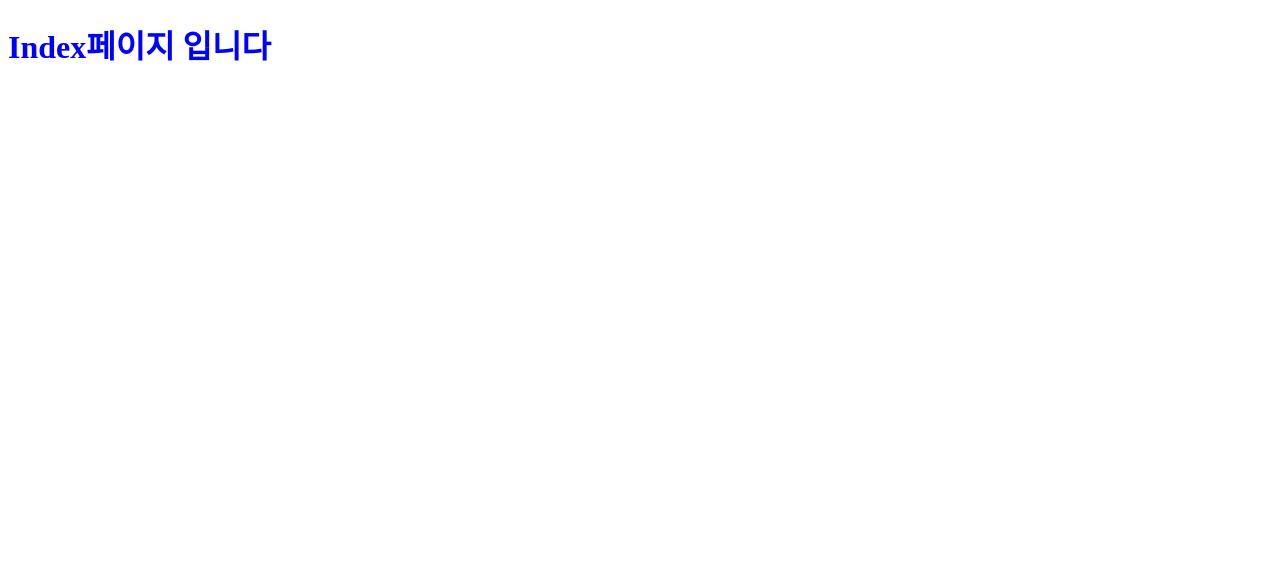
Repository: Jayking0215/myjava
Page: http://localhost/BBS/index.jsp
These files come from the project's save history. The page is drawn as it stood at one moment and after the next save; the edit follows.
The browser window is 1280 px wide. The pictures show the whole page.
The page is served by Tomcat 9.

Above is the page before, as saved 2023-04-30 02:23:26.

After the next save:
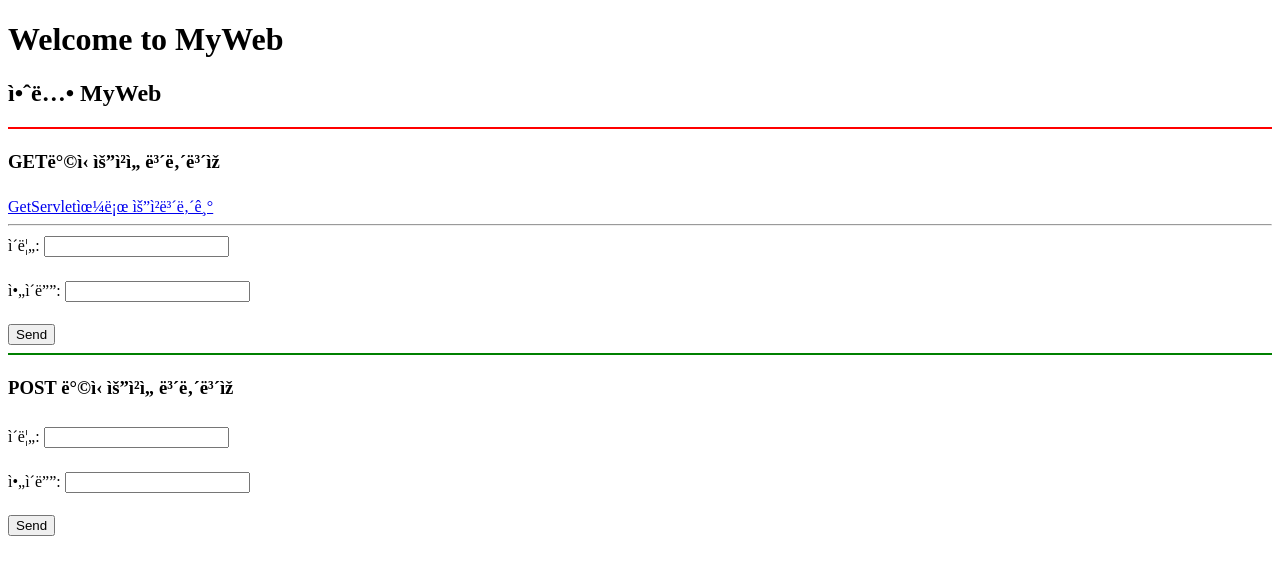
Saved 8 h 55 min later.
--- a/JSPBoard/BBS/src/main/webapp/index.jsp
+++ b/JSPBoard/BBS/src/main/webapp/index.jsp
@@ -1,12 +1,35 @@
-<%@ page language="java" contentType="text/html; charset=UTF-8"
-    pageEncoding="UTF-8"%>
 <!DOCTYPE html>
 <html>
 <head>
 <meta charset="UTF-8">
-<title>index.jsp</title>
+<title>index.html</title>
 </head>
 <body>
-	<h1 style="color:blue">Index페이지 입니다</h1>
+<h1>Welcome to MyWeb</h1>
+<h2>안녕 MyWeb</h2>
+<hr color="red">
+<h3>GET방식 요청을 보내보자</h3>
+<!-- [1] 링크 걸때 query string으로 보내는 방식 "?name=Tom&userid=Tommy" => query string
+	 [2] form태그에서 method를 get으로 지정하여 전송하는 방식
+	 [3] url을 직접 입력하여 요청을 보내는 방식
+-->
+<a href="GetTest?name=Tom&userid=Tommy">GetServlet으로 요청보내기</a>
+<hr>
+<form name="frm" action="GetTest" method="GET">
+	이름: <input type="text" name="name"><br><br>
+	아이디: <input type="text" name="userid"><br><br>
+	<button>Send</button>
+</form>
+<hr color="green">
+
+<h3>POST 방식 요청을 보내보자</h3>
+<!-- form태그에서 method를 post로 지정하여 전송한다 -->
+
+<form name="frm2" action="PostTest" method="POST">
+	이름: <input type="text" name="name"><br><br>
+	아이디: <input type="text" name="userid"><br><br>
+	<button>Send</button>
+</form>
+
 </body>
 </html>
